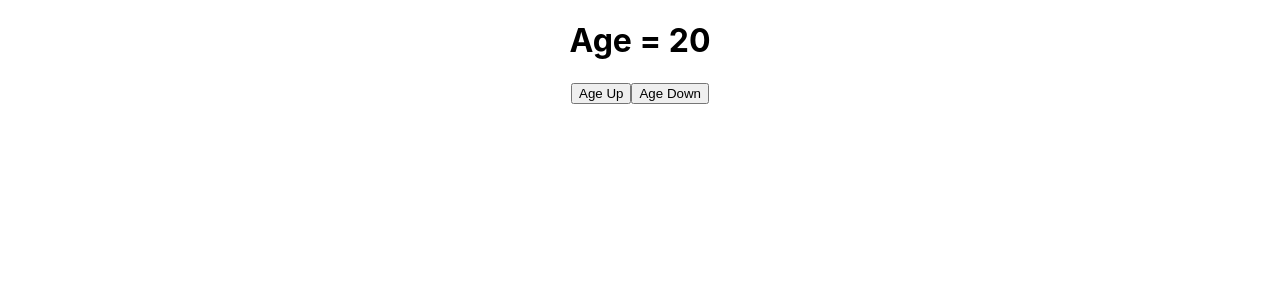
Repository: rihemebh/React-Basics
Page: / (app in saga-app/)
These files come from the project's save history. The page is drawn as it stood at one moment and after a run of saves; the edit follows.
The browser window is 1280 px wide. The pictures show the whole page.
The project was rebuilt for these pictures with package versions that can differ from the ones it lists, and the page was loaded fresh each time.

Above is the page before, as saved 2021-07-11 08:57:11.

### saga-app/src/index.js
import React from 'react';
import ReactDOM from 'react-dom';
import './index.css';
import App from './App';
import reportWebVitals from './reportWebVitals';
import {Provider} from 'react-redux'
import store from "./store/store";

ReactDOM.render(
  <React.StrictMode>
  <Provider store={store}>
    <App />
     </Provider>
  </React.StrictMode>,
  document.getElementById('root')
);

// If you want to start measuring performance in your app, pass a function
// to log results (for example: reportWebVitals(console.log))
// or send to an analytics endpoint. Learn more: https://bit.ly/CRA-vitals
reportWebVitals();

### saga-app/src/App.js
//import logo from "./logo.svg";
import "./App.css";
import store from "./store/store";
import { ageUp, ageDown } from "./store/actions";
import { useDispatch, useSelector } from "react-redux";
import React from 'react-dom'
function App() {
  console.log(store.getState);
  const dispatch = useDispatch();
  const age = useSelector((state) => state.age);
  return (
    <div className="App">
      <h1>Age = {age}</h1>
      <div>
        <button onClick={() => dispatch(ageUp())}>Age Up</button>
        <button onClick={() => dispatch(ageDown())}>Age Down</button>
      </div>
    </div>
  );
}

export default App;

### saga-app/src/store/store.js
import {createStore , applyMiddleware} from 'redux'


import reducer from './reducer'
//import sagaMiddleware from './saga/saga'
import createSagaMiddleware from 'redux-saga'

const sagaMiddleware = createSagaMiddleware();
//sagaMiddleware.run();
const store = createStore(reducer,applyMiddleware(sagaMiddleware));

export default store;

### saga-app/src/store/actions.js
export function ageUp(){

    return {
        type: "up_async",
        payload: 1,
    }
}

export function ageDown(){

    return {
        type: "down",
        payload: 1,
    }
}

### saga-app/src/store/reducer.js
const init={
age : 20
}
export default function reducer(state = init,action){

switch (action.type) {
    case 'up_async':

        return { ...state, age: state.age + action.payload };
 case 'down':
        return { ...state, age: state.age - action.payload };

    default:
        return state;
}
}

Loaded but not shown: saga-app/public/index.html (common file); saga-app/src/index.css (common file); saga-app/src/reportWebVitals.js (common file); saga-app/src/App.css (common file)

After the next 2 saves:
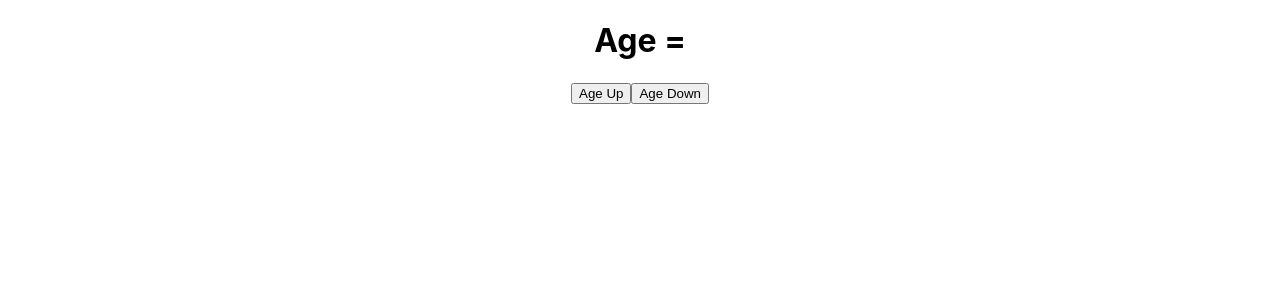
The 2 saves are shown as one change because 1 did not build or start.
The last was saved 104 s later.
--- a/saga-app/src/App.js
+++ b/saga-app/src/App.js
@@ -7,10 +7,10 @@ import React from 'react-dom'
 function App() {
   console.log(store.getState);
   const dispatch = useDispatch();
-  const age = useSelector((state) => state.age);
+  const age = useSelector((state) => state);
   return (
     <div className="App">
-      <h1>Age = {age}</h1>
+      <h1>Age = </h1>
       <div>
         <button onClick={() => dispatch(ageUp())}>Age Up</button>
         <button onClick={() => dispatch(ageDown())}>Age Down</button>
